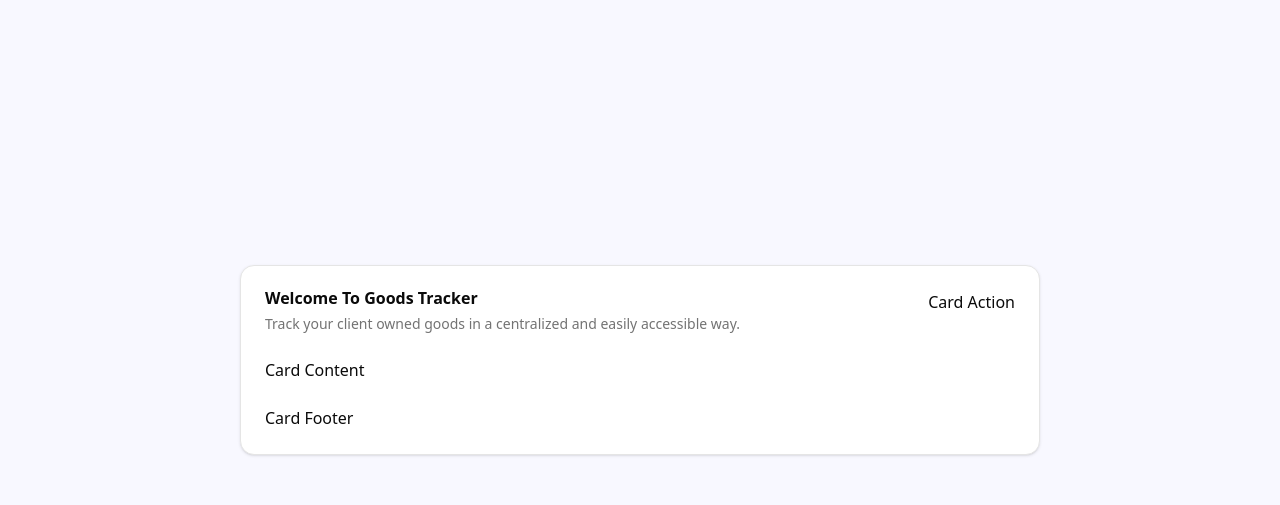
Repository: Renzo-Salosagcol/cog_tracker
Page: /
These files come from the project's save history. The page is drawn as it stood at one moment and after the next save; the edit follows.
The browser window is 1280 px wide. The pictures show the whole page.
The project was rebuilt for these pictures with package versions that can differ from the ones it lists, and the page was loaded fresh each time. The framework's server and built-in components were replaced by stand-ins that run in the browser. Also part of the build but not shown: next.config.ts.

Above is the page before, as saved 2025-12-17 14:14:04.

After the next save:
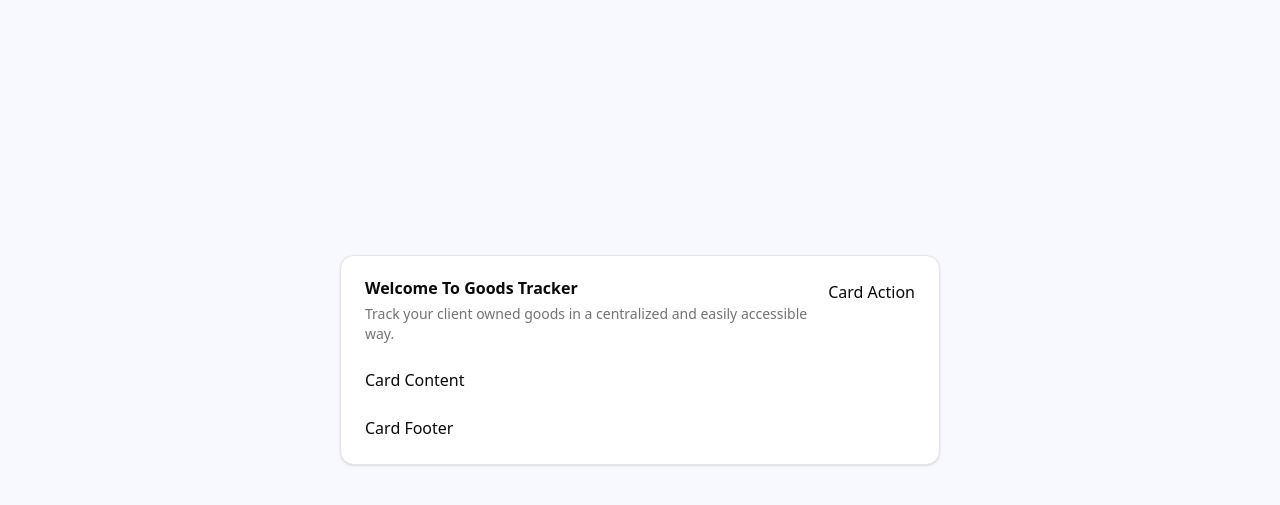
Saved 5 s later.
--- a/app/page.tsx
+++ b/app/page.tsx
@@ -12,7 +12,7 @@ export default function Home() {
   return (
     <div className="root-page-element bg-background">
       <Card className="*
-        glassmorphism flex flex-cols-1 min-w-200">
+        glassmorphism flex flex-cols-1 min-w-150">
         <CardHeader>
           <CardTitle>Welcome To Goods Tracker</CardTitle>
           <CardDescription>Track your client owned goods in a centralized and easily accessible way.</CardDescription>
